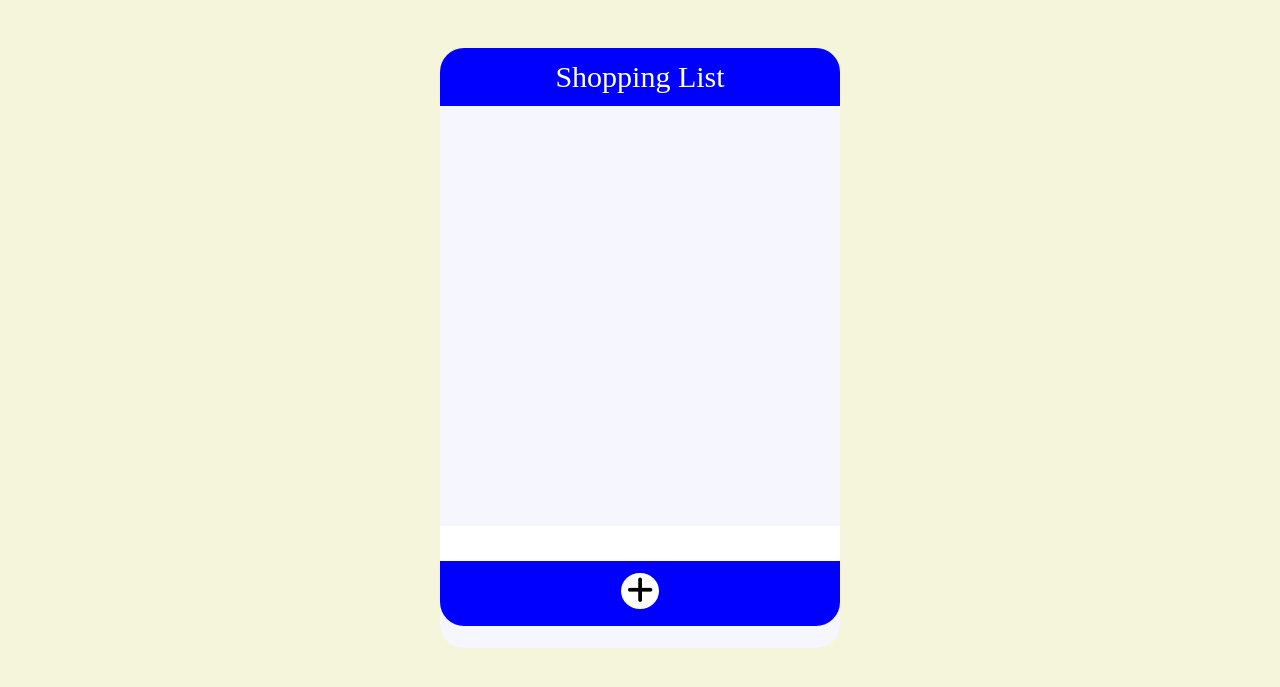
Repository: keehoonjung/Shopping-list
Page: index.html
These files come from the project's save history. The page is drawn as it stood at one moment and after the next save; the edit follows.
The browser window is 1280 px wide. The pictures show the whole page.
Some web libraries are served in a nearby version.

Above is the page before, as saved 2021-08-08 11:46:25.

After the next save:
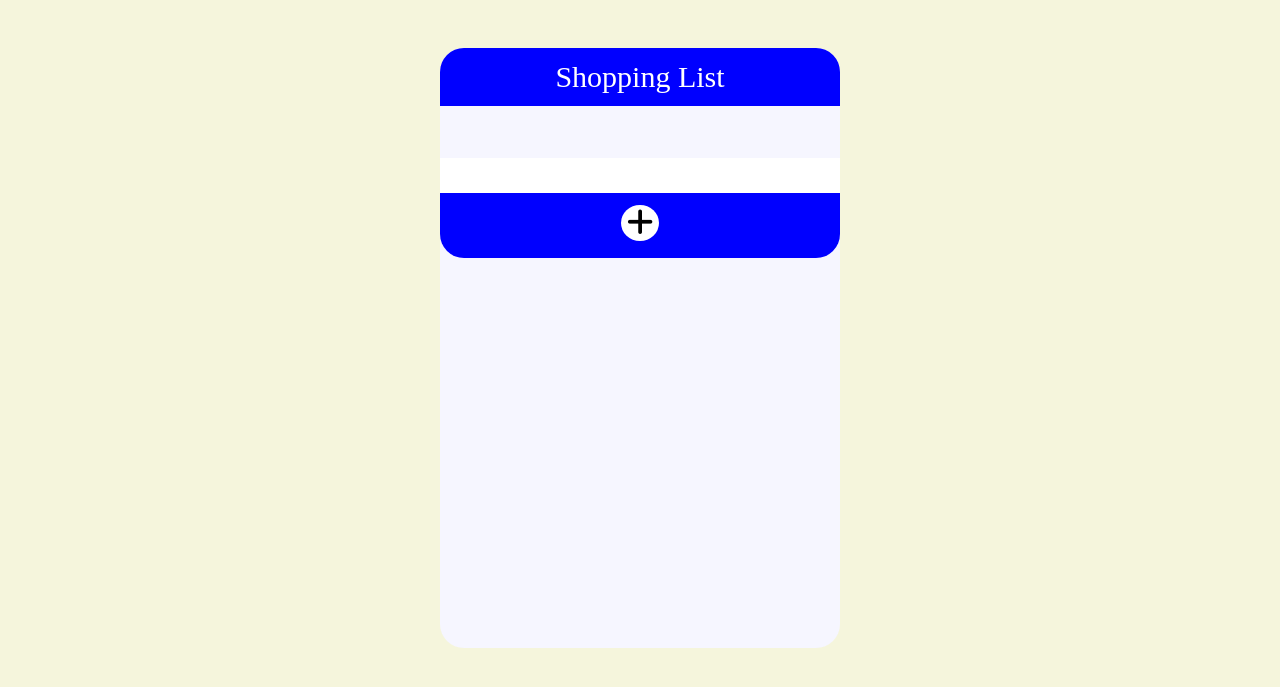
Saved 26 h 27 min later.
--- a/index.html
+++ b/index.html
@@ -14,10 +14,8 @@
         <div class="header">
             Shopping List
         </div>
-        <section class="main">
-            <ul class="main_list">
-            </ul>
-        </section>
+        <ul class="main_list">
+        </ul>
         <input type="text" onkeyup="enterkey()" class="input_text">
         <div class="footer">
             <button class="create__Btn">
